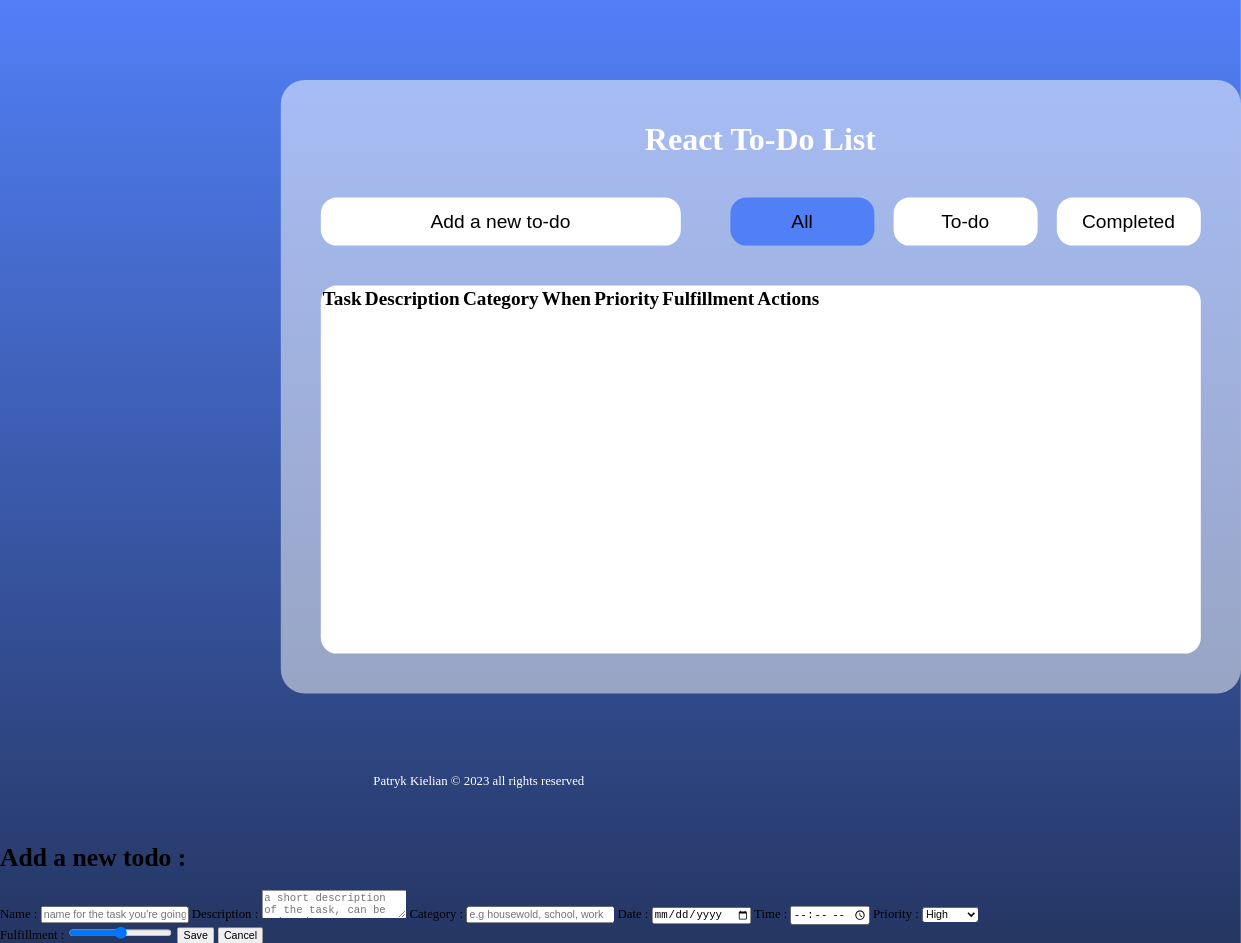
Repository: mirajane2/maquette-todo
Page: index.html
The author's editor kept a copy of each file at every save. The page is drawn from the files as they stood at one save, then again after the next save.
The browser window is 1280 px wide. The page is 1551 px wide, so the pictures cover 1551 px, including what lies to the right of the window. The pictures show the whole page, at 80% of full size.

Above is the page before, as saved 2024-11-13 15:00:16.

### index.html
<!DOCTYPE html>
<html lang="fr">
<head>
    <meta charset="UTF-8">
    <meta name="viewport" content="width=device-width, initial-scale=1.0">
    <link rel="stylesheet" href="index.css">
    <title>Maquette Figma</title>
</head>
<body>
    <div class="container">
        <div class="content">
            <h1 class="titre">React To-Do List</h1>
            <div class="control">
                <button class="taches" id="formulaire"> Add a new to-do</button>
                <div class="choix_selection">
                    <button class="show">All</button>
                    <button class="options">To-do</button>
                    <button class="options">Completed</button>
                </div>
            </div>

            <div class="table">
                <table>
                    <thead>
                        <tr>
                            <th>Task</th>
                            <th>Description</th>
                            <th>Category</th>
                            <th>When</th>
                            <th>Priority</th>
                            <th>Fulfillment</th>
                            <th>Actions</th>
                        </tr>
                    </thead>
                    <tbody class="valeur">
                        <script src="script.js"></script>
                    </tbody>
                </table>
            </div>
        </div>
        <footer>
            <p>Patryk Kielian © 2023 all rights reserved</p>
        </footer>
    </div>


    <div class="modal">
        <div class ="modal-content">
            <h1> Add a new todo : </h1>
            <label> Name :</label>
            <input type="text" id="name" placeholder="name for the task you're going to do">

            <label> Description :</label>
            <textarea id="description" placeholder="a short description of the task, can be omitted"></textarea>

            <label> Category :</label>
            <input type="text" id="category" placeholder="e.g housewold, school, work">

            <label> Date :</label>
            <input type="date" id="taskDate">

            <label> Time :</label>
            <input type="time" id="taskTime">

            <label> Priority :</label>
            <select name="priority" id="taskPriority">
                <option value="high">High</option>
                <option value="medium">Medium</option>
                <option value="low">Low</option>
            </select>

            <label> Fulfillment :</label>
            <input type="range" id="taskFulfillment" min="0" max="100">

            <button id="enregistrer">Save</button>
            <button id="supprimer">Cancel</button>

            <script src="script.js"></script>

        </div>
    </div>
</body>
</html>

### index.css
html{
    min-height: 100vh;
    background: linear-gradient(180deg, #517FF6, #253663);
}
body{
    padding: 0;
    margin: 0;
}

.container {
    width: 1197px;
    height: 932px;
}

.content{
    width: 1100px;
    min-height: 500px;
    background-color: #FFFFFF80;
    border-radius: 30px;
    margin: 100px 350.500px;
    padding: 50px;
}

.titre{
    color: #FFFFFF;
    text-align: center;
    font-weight: 700px;
    font-size: 40px;
    margin: 0 auto;
}

.control{
    flex-direction: row;
    display: flex;
    justify-content: space-between;
    margin: 50px 0;
}

.taches{
    font-size: 24px;
    font-weight: 400px;
    height: 60px;
    width: 450px;
    border-radius: 20px;
    border: none;
    background-color: #FFFFFF;

}

.show{
    background-color: #517FF6;
    border-radius: 20px;
    width: 180px;
    height: 60px;
    font-size: 24px;
    margin-left: 20px;
    padding: 0;
    border: none;
}

.options{
    background-color: #FFFFFF;
    width: 180px;
    height: 60px;
    border-radius: 20px;
    font-size: 24px;
    border: none;
    margin-left: 20px;
}

.table{
    background-color: #FFFFFF;
    width: 1100px;
    height: 460px;
    border-radius: 20px;
    border: none;
    font-size: 24px;
}

footer{
    font-size: 16px;
    text-align: center;
    font-weight: 400px;
    width: 275px;
    height: 23px;
    color: #FFFFFF;
    margin: 50px auto;
}

thead{
    text-align: center;

}

Loaded but not shown: script.js (no stored copy; drawn as an empty file)

After the next save:
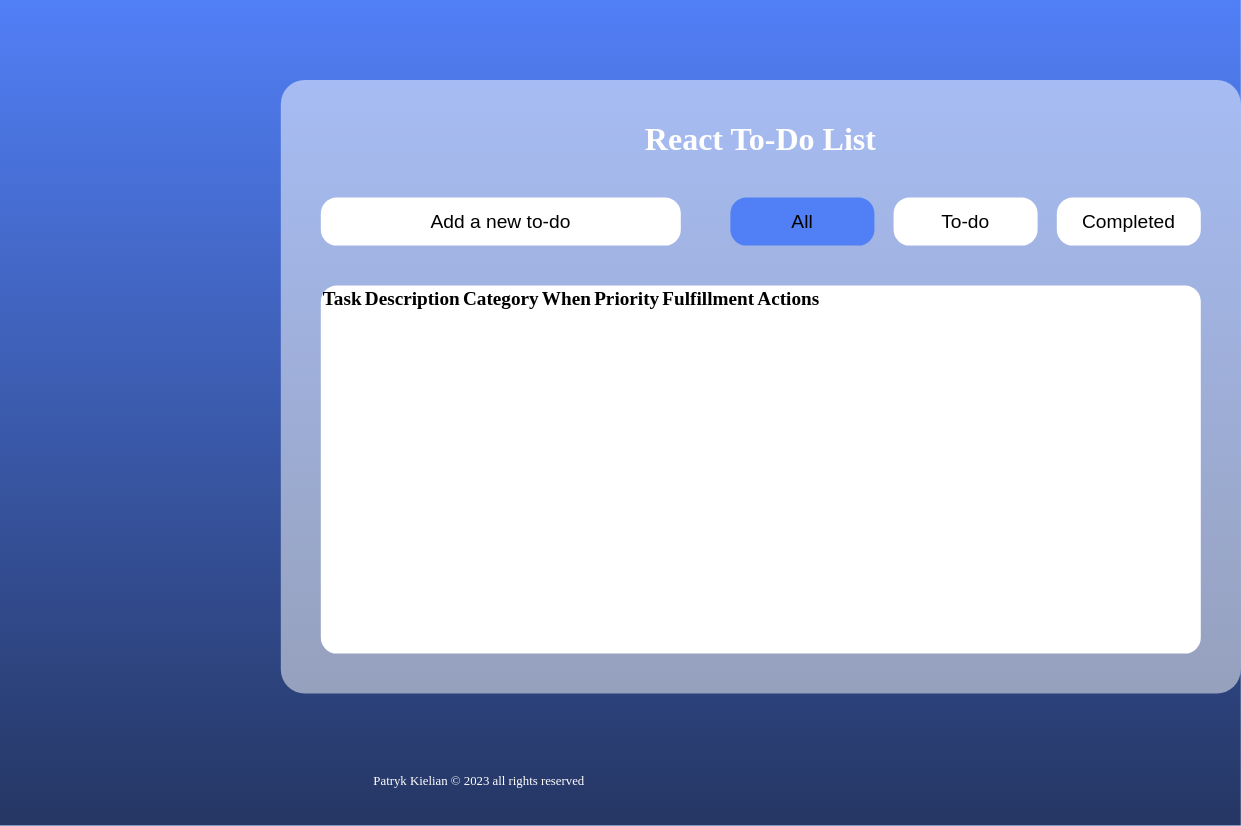
Saved 95 min 49 s later.
--- a/index.html
+++ b/index.html
@@ -44,7 +44,7 @@
     </div>
 
 
-    <div class="modal">
+    <div class="modal" style="display: none;">
         <div class ="modal-content">
             <h1> Add a new todo : </h1>
             <label> Name :</label>
